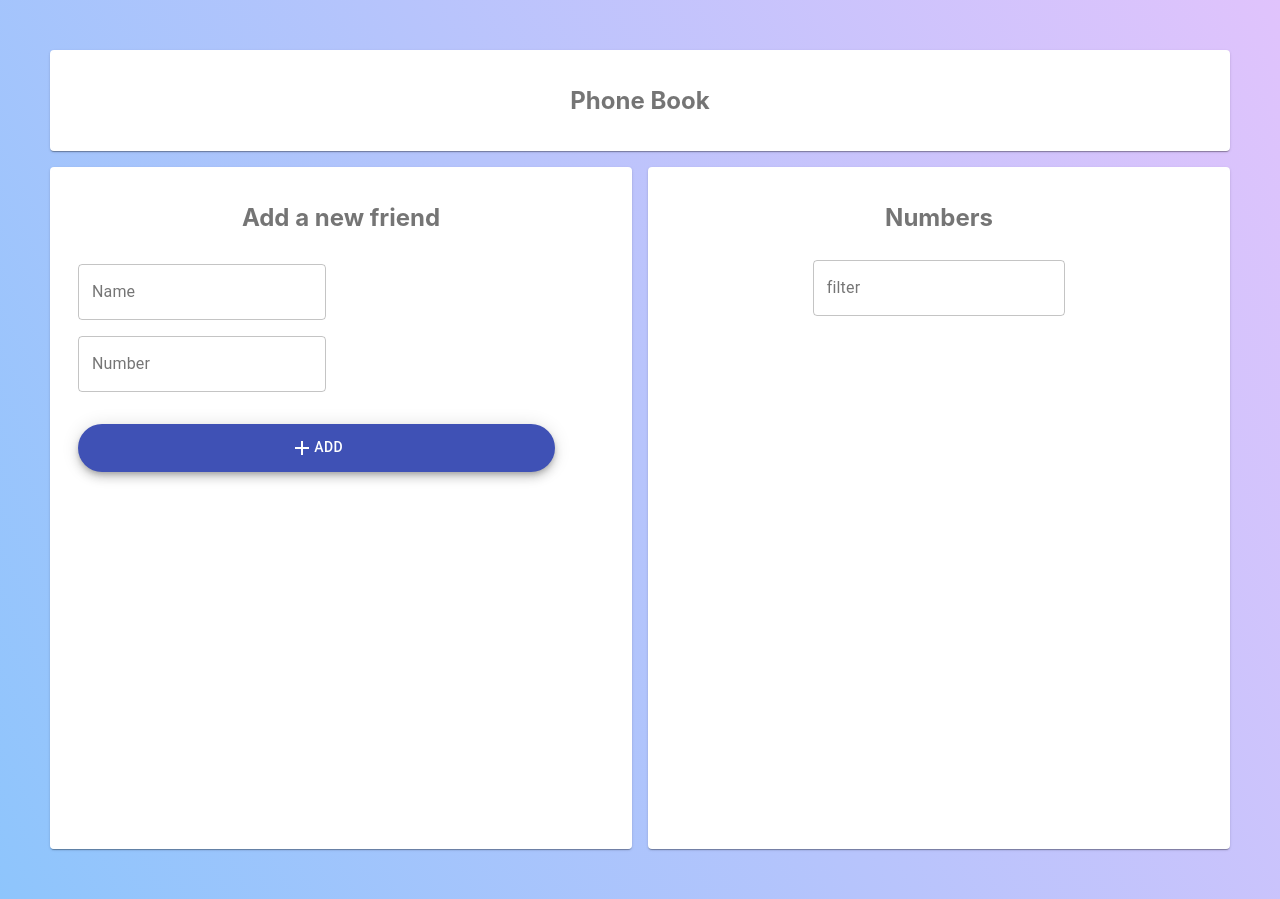
Repository: StacyLafume/phone-book
Page: / (app in phone-book/)
These files come from the project's save history. The page is drawn as it stood at one moment and after a run of saves; the edit follows.
The browser window is 1280 px wide. The pictures show the whole page.
The page's requests for data from a server got no answer. The project was rebuilt for these pictures with package versions that can differ from the ones it lists, and the page was loaded fresh each time. No one was signed in, and anything a server would have sent is missing. Also part of the build but not shown: phone-book/src/PhoneBook.js.

Above is the page before, as saved 2021-04-02 02:29:58.

### phone-book/src/index.css
body {
  margin: 0;
  font-family: -apple-system, BlinkMacSystemFont, 'Segoe UI', 'Roboto', 'Oxygen',
    'Ubuntu', 'Cantarell', 'Fira Sans', 'Droid Sans', 'Helvetica Neue',
    sans-serif;
  -webkit-font-smoothing: antialiased;
  -moz-osx-font-smoothing: grayscale;
  background-color: #8EC5FC;
background-image: linear-gradient(62deg, #8EC5FC 0%, #E0C3FC 100%);

}

code {
  font-family: source-code-pro, Menlo, Monaco, Consolas, 'Courier New',
    monospace;
}

### phone-book/src/App.js
import React, { useState, useEffect } from "react";
// importing a modual personsService
import personsService from "./Service/person";
import Filter from "./Filter";
import Notification from "./Notification";
import PersonForm from "./PersonForm";
import PhoneBook from "./PhoneBook";
import { makeStyles } from '@material-ui/core/styles';
import Paper from '@material-ui/core/Paper';
import Grid from '@material-ui/core/Grid';
import Box from '@material-ui/core/Box';
import List from '@material-ui/core/List';


const App = () => {
  const [persons, setPersons] = useState([]);
  const [newName, setNewName] = useState("");
  const [newNumber, setNewNumber] = useState("");
  const [showFilter, setshowFilter] = useState("");
  const [notification, setNotification] = useState(null);
  const [success, setSuccess] = useState(null);

  const useStyles = makeStyles((theme) => ({
    root: {
      flexGrow: 1,
      margin: 50,

    },
    paper: {
      padding: theme.spacing(2),
      justifyItems: 'center',
      color: theme.palette.text.secondary,
      overflow: 'auto',
      height: 650,

    },
    header1: {
      padding: theme.spacing(2),
      justifyItems: 'center',
      color: theme.palette.text.secondary,
      overflow: 'auto',
      textAlign: 'center'
    },
    addFriend:{
      padding: theme.spacing(2),
      justifyItems: 'center',
      color: theme.palette.text.secondary,
      overflow: 'auto',
      textAlign: 'center',
      height: 650,
      justifyContent: 'center'

    }
  }));

  // show data on the screen
  useEffect(() => {
    personsService
      .getAll()
      .then(response => {
        setPersons(response);
      })
      .catch(error => showMessage("Could not retrieve data", false));
  }, []);

  const addNewName = e => {
    e.preventDefault();
    const personObject = {
      name: newName,
      number: newNumber
    };

    //console.log('persons.some(e => e.name === newName)',persons.some(e => e.name === newName))

    // if name is already in phone book return true and alert user
    if (persons.some(e => e.name === newName)) {

      // first name equal to that name
      let personId = persons.find(item => item.name === newName);

      // assigning whats in person obj to person id to update the entry
      let updatedEntry = Object.assign(personId, personObject);

      // alert the user  to update name  and / or  number
      if (
        window.confirm(
          `Do you want to update ${newName} with number ${newNumber}?`
        )
      ) {
        // based on the condition it will make put request to update
        personsService
          .update(personId.id, personObject)
          .then(() => {
            setPersons(
              // map through persons check if name is equal to new name
              //and either return updatedEntry or item
              persons.map(item => (item.name === newName ? updatedEntry : item))
            );
            // reset inputs
            setNewName("");
            setNewNumber("");
            // alert user of the changes
            showMessage(` ${newName} phone number updated`);
          })
          .catch(error => {
            showMessage(
              `Update failed. ${newName} has already been removed from the phone book.`,
              false
            );
            setPersons(persons.filter(n => n.name !== newName));
          });
      }
    } else {
      // if number is already in phone book return true and alert user
      if (persons.some(e => e.number === newNumber)) {
        showMessage(`# ${newNumber} is already in the phone book.`, false);
      } else {
        // check if inputs are empty and set show message
        if (newName === "" || newNumber === "") {
          showMessage(`The name and number must not be empty`, false);
        } else {
          // add personObject to the data base
          personsService
            .create(personObject)
            .then(returnedPerson => {
              setPersons(persons.concat(returnedPerson));
              // reset inputs
              setNewName("");
              setNewNumber("");
              // alert user
              showMessage(`User ${newName} has been added to the phone book`);
            })
            .catch(error => {
              console.log(error.response.data.error)
              return showMessage(
                `Failed to add number. More about error: ${error.response.data.error
                }`,
                false
              );
            });
          // make a get requests of updated data
          personsService
            .getAll()
            .then(response => {
              setPersons(response);
            })
            .catch(error => showMessage("Could not retrieve data", false));
        }
      }
    }
  };

  const removeEntry = person => {
    // if user clicks yes to remove
    if (window.confirm(`Remove ${person.name}?`)) {
      // call delete request with id that needs to be deleted
      personsService
        .remove(person.id)
        .then(() => {
          // setPerson to filtered array of every preson but the deleted person
          setPersons(persons.filter(item => item.id !== person.id));
          showMessage(`${person.name} has been removed from the phone book`);
        })
        .catch(error => {
          showMessage(
            `Removal failed. User ${person.name
            } has already been removed from the phone book.`,
            false
          );
          // make a get requests of updated data
          personsService
            .getAll()
            .then(response => {
              setPersons(response);
            })
            .catch(error => showMessage("Could not retrieve data", false));
        });
    }
  };

  // tracking values in the name input
  const handleNameChange = e => {
    // console.log(e.target.value);
    setNewName(e.target.value);
  };

  // tracking values in the number input
  const handleNumberChange = e => {
    setNewNumber(e.target.value);
  };

  const showMessage = (message, successNotification = true) => {
    // sets notication based on the true or false given by the condiyion it was called in
    setNotification(message);
    // boolean value if the rquest was successful or not
    setSuccess(successNotification);

    // the notification will stay on browser for 3 sec
    setTimeout(() => {
      setNotification(null);
      setSuccess(null);
    }, 3000);
  };

  const classes = useStyles();
  return (
    <Box className={classes.root}>
      <Grid container spacing={2}>
      <Grid item xs={12}>
      <Paper className={classes.header1}>
        <h2>Phone Book</h2>
        </Paper>
        </Grid>
        <Grid item xs={6} >
          <Paper className={classes.paper}>


            <h2>Add a new friend</h2>
            <PersonForm
              addNewName={addNewName}
              newName={newName}
              handleNameChange={handleNameChange}
              handleNumberChange={handleNumberChange}
            />
          </Paper>
        </Grid>
        <Grid item xs={6}>
          <Paper className={classes.paper}>
            <h2>Numbers</h2>
            <Notification notification={notification} success={success} />
            <Filter showFilter={showFilter} setshowFilter={setshowFilter} />
            <List>
              <PhoneBook
                persons={persons}
                showFilter={showFilter}
                removeEntry={removeEntry}
              />
            </List>
          </Paper>
        </Grid>
      </Grid>
    </Box>
  );
};

export default App;

### phone-book/src/Service/person.js
import axios from "axios";

//const baseUrl = "http://localhost:3003/persons";
const baseUrl = 'api/persons';

// get rquest for all of json datas
const getAll = () => {
  const request = axios.get(baseUrl);
  return request.then(response => response.data);
};

// post request to add new entry
const create = newObject => {
  const request = axios.post(baseUrl, newObject);
  return request.then(response => response.data)
};

// put request to update json db
const update = (id, newObject) => {
  const request = axios.put(`${baseUrl}/${id}`, newObject);
  return request.then(response => response.data);
};

// delete request to delete from json data base
const remove = id => {
  const request = axios.delete(`${baseUrl}/${id}`);
  return request.then(response => response.data);
};


// exporting all of the functions
export default {
  getAll: getAll,
  create: create,
  update: update,
  remove: remove
};

### phone-book/src/Filter.js
import React from "react";
import { makeStyles } from '@material-ui/core/styles';
import TextField from '@material-ui/core/TextField';

const Filter = ({ showFilter, setshowFilter }) => {
  const useStyles = makeStyles((theme) => ({
    root: {
      '& > *': {
        margin: theme.spacing(1),
        width: '25ch',
      },
    },
  }));
  const classes = useStyles();
  const filterPersons = e => {
    setshowFilter(e.target.value);
  };

  return (
    <div className={classes.root}>
      <TextField id="outlined-basic" value={showFilter} label="filter" variant="outlined"onChange={filterPersons} />
    </div>
  );
};

export default Filter;

### phone-book/src/Notification.js
import React from "react";


const Notification = ({ notification, success }) => {
  // console.log(notification);
  // console.log(success);

  // if there is no notification return null
  if (notification === null) {
    return null;
  }

  // if success renders the paticular (inLine) style
  if (success)
    return (
      <div className="success" style={styles.success}>
        {notification}
      </div>
    );
  else
    return (
      <div className="success" style={styles.fail}>
        {notification}
      </div>
    );
};

var styles = {
  success: {
    color: "green",
    background: "white",
    fontSize: 20,
    borderStyle: "solid",
    borderRadius: 5,
    padding: 10,
    marginBottom: 10
  },
  fail: {
    color: "red",
    background: "white",
    fontSize: 20,
    borderStyle: "solid",
    borderRadius: 5,
    padding: 10,
    marginBottom: 10
  }
};

export default Notification;

### phone-book/src/PersonForm.js
import React from "react";
import { makeStyles } from '@material-ui/core/styles';
import TextField from '@material-ui/core/TextField';
import Grid from '@material-ui/core/Grid';
import Fab from '@material-ui/core/Fab';
import AddIcon from '@material-ui/icons/Add';



const PersonForm = ({
  newName,
  newNumber,
  addNewName,
  handleNameChange,
  handleNumberChange
}) => {
  const useStyles = makeStyles((theme) => ({
    root: {
      '& > *': {
        margin: theme.spacing(2),
        width: '60ch',
      },
    },
    press: {
      margin: {
        margin: theme.spacing(1),
      },
      extendedIcon: {
        marginRight: theme.spacing(1),
      },
    }
  }));
  const classes = useStyles();
  return (
    <Grid container spacing={1}>
      <form onSubmit={addNewName} className={classes.root} noValidate autoComplete="off">

        {/* calls the function tracking values in the name input */}
        {/* name: <input value={newName} onChange={handleNameChange} /> */}
        <Grid item xs={12}>
        <TextField id="outlined-basic" className={classes.press} label="Name" value={newName} onChange={handleNameChange} variant="outlined" />
        </Grid>
        <Grid item  xs={12}>
        {/* calls the function tracking values in the number input */}
        <TextField id="outlined-basic"  className={classes.press} value={newNumber} onChange={handleNumberChange} label="Number" variant="outlined" />
        </Grid>
        {/* calls the create request to add name and number */}
        <Fab variant="extended" color="primary" aria-label="add" className={classes.margin} type="submit">
          <AddIcon className={classes.extendedIcon} />
         Add
        </Fab>
      </form>
      </Grid>

  );
};


export default PersonForm;

Loaded but not shown: phone-book/public/index.html (common file); phone-book/src/index.js (common file)

After the next 2 saves:
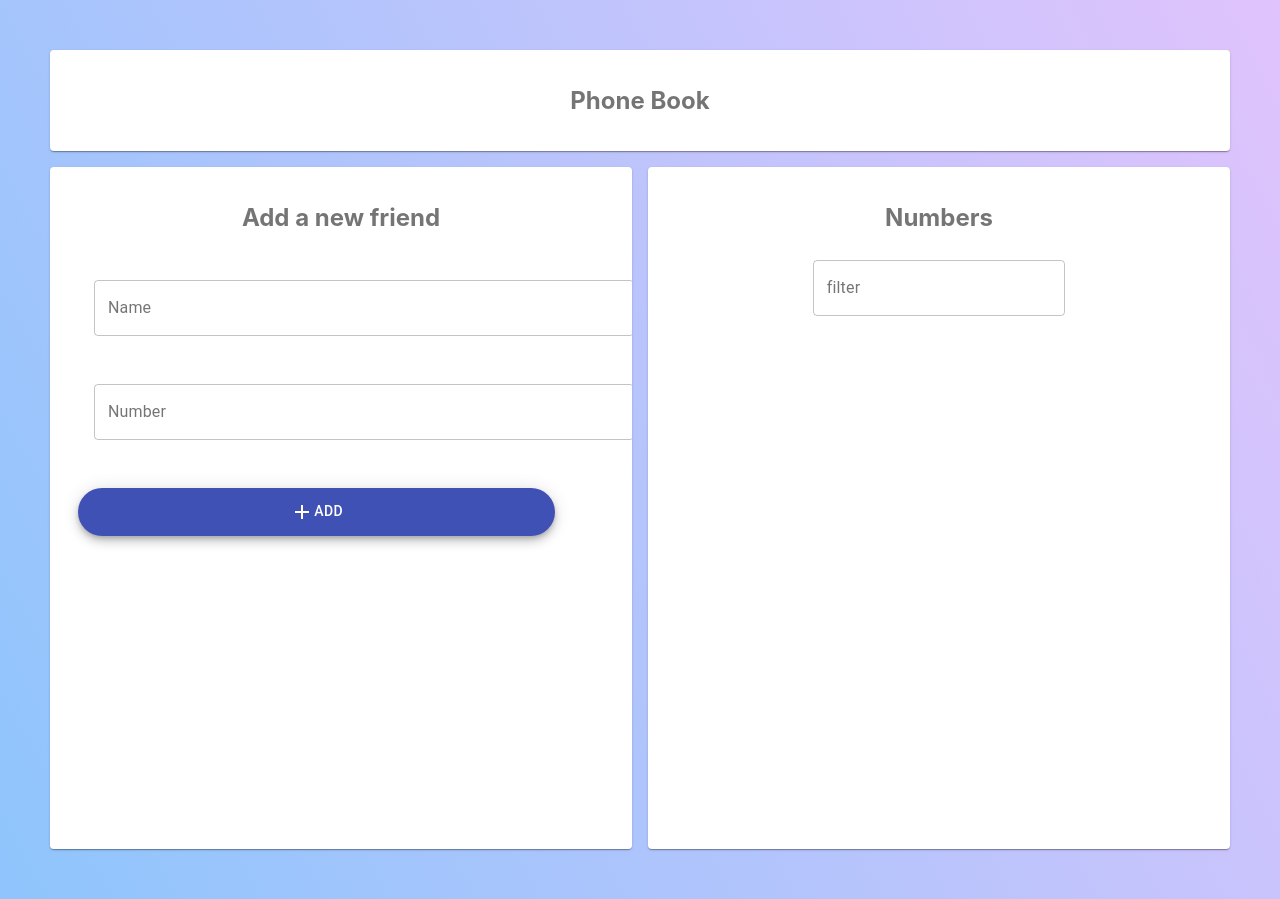
The 2 saves are shown as one change because 1 did not build or start.
The last was saved 35 s later.
--- a/phone-book/src/PersonForm.js
+++ b/phone-book/src/PersonForm.js
@@ -38,11 +38,11 @@
         {/* calls the function tracking values in the name input */}
         {/* name: <input value={newName} onChange={handleNameChange} /> */}
         <Grid item xs={12}>
-        <TextField id="outlined-basic" className={classes.press} label="Name" value={newName} onChange={handleNameChange} variant="outlined" />
+        <TextField id="outlined-basic" className={classes.root} label="Name" value={newName} onChange={handleNameChange} variant="outlined" />
         </Grid>
         <Grid item  xs={12}>
         {/* calls the function tracking values in the number input */}
-        <TextField id="outlined-basic"  className={classes.press} value={newNumber} onChange={handleNumberChange} label="Number" variant="outlined" />
+        <TextField id="outlined-basic"  className={classes.root} value={newNumber} onChange={handleNumberChange} label="Number" variant="outlined" />
         </Grid>
         {/* calls the create request to add name and number */}
         <Fab variant="extended" color="primary" aria-label="add" className={classes.margin} type="submit">

After the save that followed:
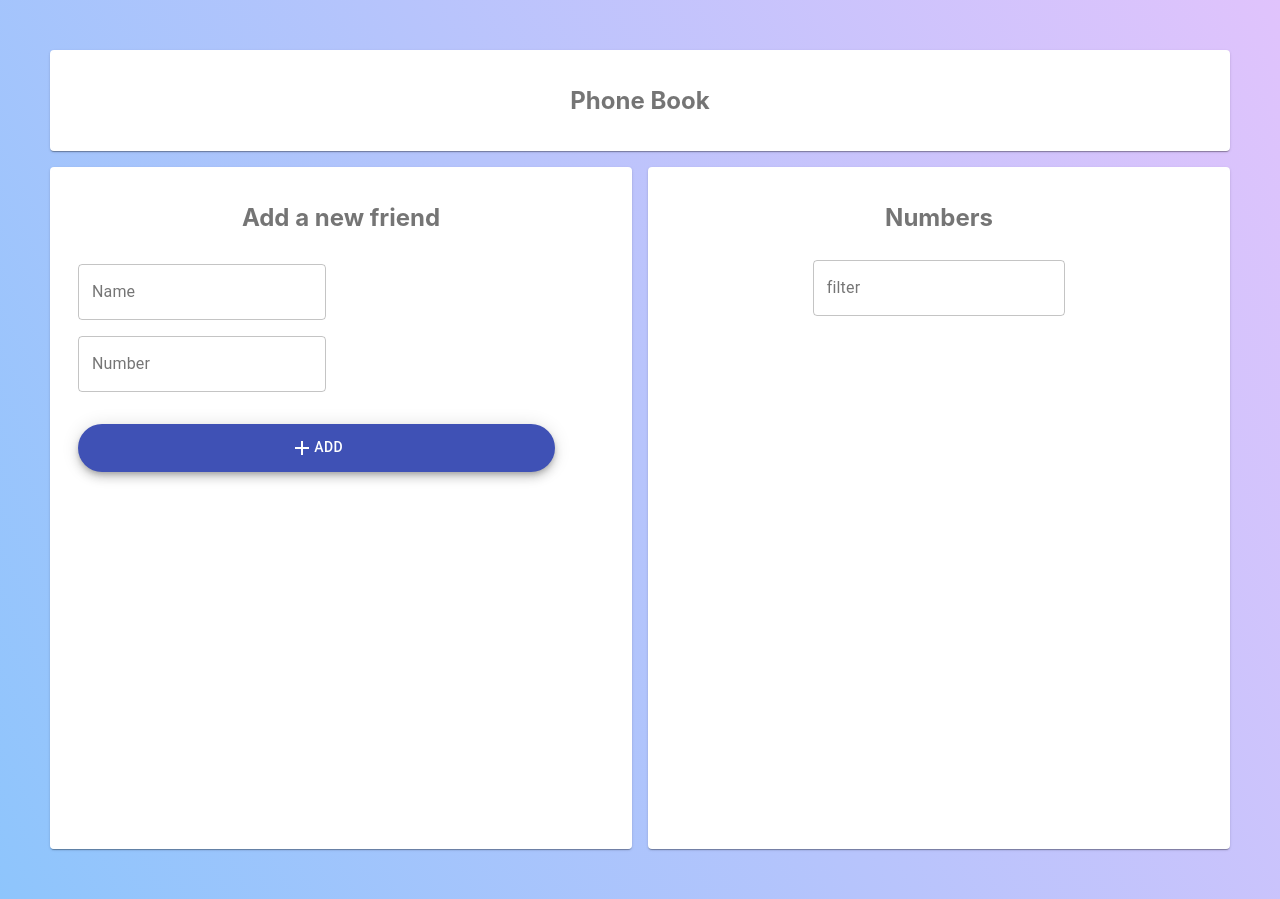
Saved 30 s later.
--- a/phone-book/src/PersonForm.js
+++ b/phone-book/src/PersonForm.js
@@ -38,11 +38,11 @@
         {/* calls the function tracking values in the name input */}
         {/* name: <input value={newName} onChange={handleNameChange} /> */}
         <Grid item xs={12}>
-        <TextField id="outlined-basic" className={classes.root} label="Name" value={newName} onChange={handleNameChange} variant="outlined" />
+        <TextField id="outlined-basic" className={classes.margin} label="Name" value={newName} onChange={handleNameChange} variant="outlined" />
         </Grid>
         <Grid item  xs={12}>
         {/* calls the function tracking values in the number input */}
-        <TextField id="outlined-basic"  className={classes.root} value={newNumber} onChange={handleNumberChange} label="Number" variant="outlined" />
+        <TextField id="outlined-basic"  className={classes.margin} value={newNumber} onChange={handleNumberChange} label="Number" variant="outlined" />
         </Grid>
         {/* calls the create request to add name and number */}
         <Fab variant="extended" color="primary" aria-label="add" className={classes.margin} type="submit">
